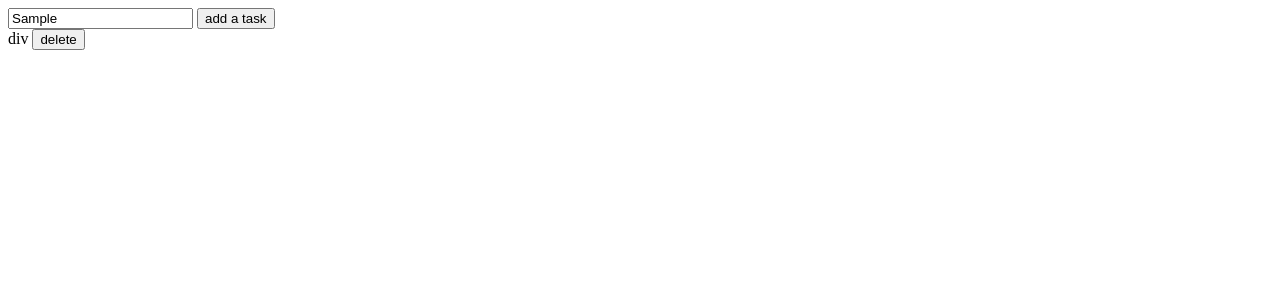
Repository: tanayburbure/Todo-application
Page: index.html
These files come from the project's save history. The page is drawn as it stood at one moment and after the next save; the edit follows.
The browser window is 1280 px wide. The pictures show the whole page.
Empty fields were first filled with sample values (such as "Sample", 5 or name@example.com).
After loading, the first visible `button` was clicked once.

Above is the page before, as saved 2025-10-22 16:13:51.

After the next save:
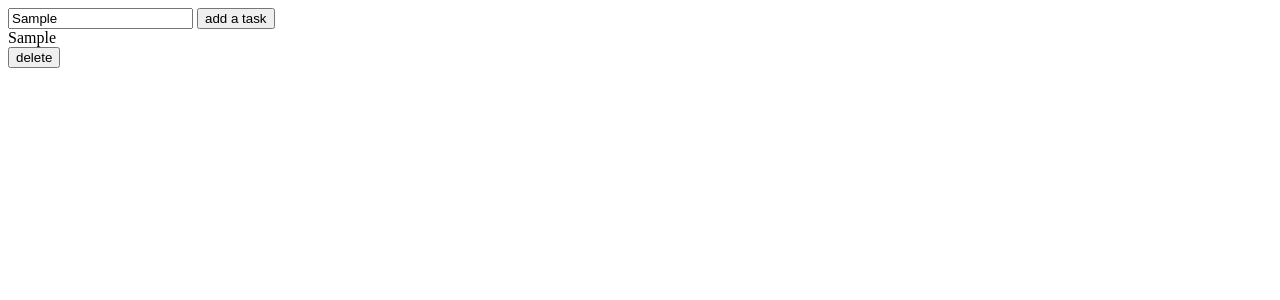
Saved 15 s later.
--- a/script.js
+++ b/script.js
@@ -68,7 +68,7 @@ let ctr = 0 ;
     const value = inputEL.value;
     const newDivEL= document.createElement("div");
     newDivEL.setAttribute("id",ctr);
-    newDivEL.innerHTML = "div<" + value + '</div> <button onclick="deletetodo('+ ctr +')" > delete</button>';
+    newDivEL.innerHTML = "<div>" + value + '</div> <button onclick="deletetodo('+ ctr +')" > delete</button>';
     document.querySelector("body").appendChild(newDivEL);
  }
 
